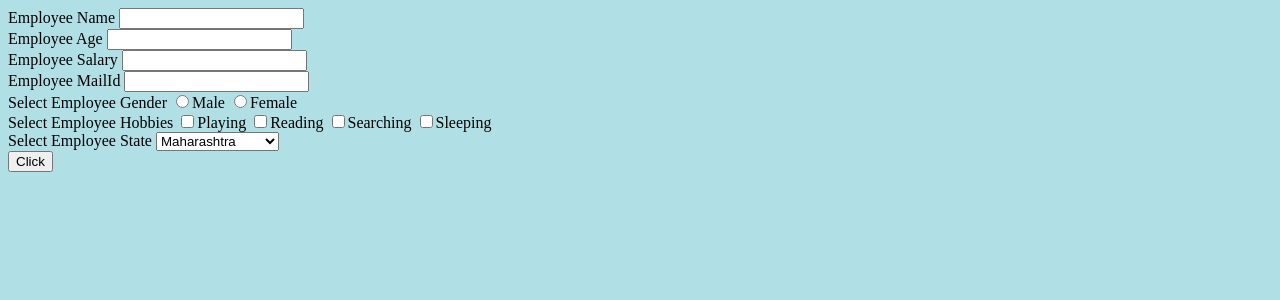
Repository: Sunilashokbhoi/Servlet_Programs
Page: App3/src/main/webapp/employee.html
These files come from the project's save history. The page is drawn as it stood at one moment and after the next save; the edit follows.
The browser window is 1280 px wide. The pictures show the whole page.

Above is the page before, as saved 2025-03-28 11:12:25.

After the next save:
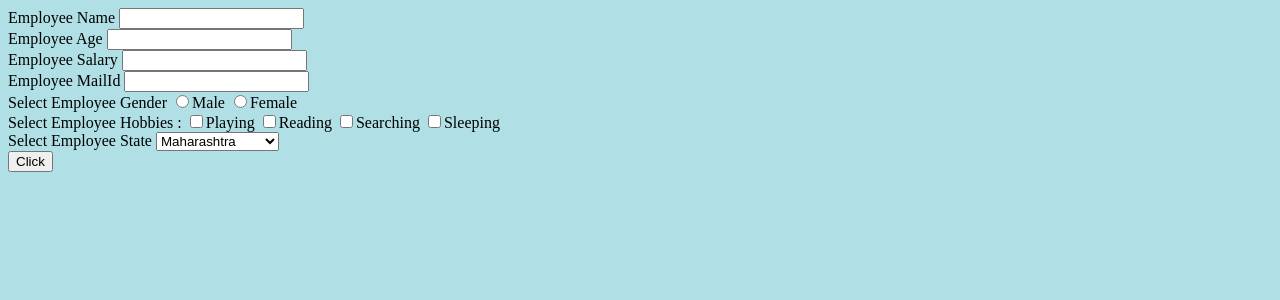
Saved 26 min 7 s later.
--- a/App3/src/main/webapp/employee.html
+++ b/App3/src/main/webapp/employee.html
@@ -10,13 +10,15 @@
         Employee Age <input type="text"name="age"><br>
         Employee Salary <input type="text"name="Salary"><br>
         Employee MailId <input type="text"name="mail"><br>
-        Select Employee Gender <input type="radio"id ="male" name="gen" value="Male">Male
+        Select Employee Gender
+        					   <input type="radio"id ="male" name="gen" value="Male">Male
                                <input type="radio"id="female"name="gen"value="Female">Female <br>
-        Select Employee Hobbies <input type="checkbox"id="h1"name="h1"value="Playing">Playing
-                                <input type="checkbox"id="h2"name="h2"value="Reading">Reading
-                                <input type="checkbox"id="h3"name="h3"value="Searching">Searching
-                                <input type="checkbox"id="h4"name="h4"value="Sleeping">Sleeping <br>
-        Select Employee State <select id="states"name="states">
+        Select Employee Hobbies :
+        						<input type="checkbox" name="h"value="Playing">Playing
+                                <input type="checkbox" name="h"value="Reading">Reading
+                                <input type="checkbox" name="h"value="Searching">Searching
+                                <input type="checkbox" name="h"value="Sleeping">Sleeping <br>
+        Select Employee State <select name="states">
                                 <option value="Maharashtra">Maharashtra</option>
                                 <option value="Telangana">Telangana</option>
                                 <option value="Andhra">Andhra</option>
